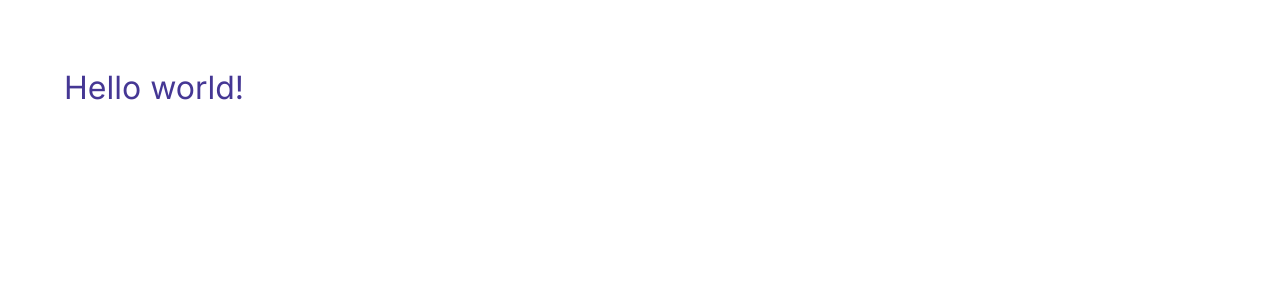
Repository: badhon252/Foodco
Page: index.html
An editor plug-in stored every save of this project. The page is shown before and after the next save, followed by the edit.
The browser window is 1280 px wide. The pictures show the whole page.
The style sheet was rebuilt from its Sass, Less or Tailwind sources for each picture, by a compiler version that may differ from the author's.

Above is the page before, as saved 2022-09-19 22:34:39.

After the next save:
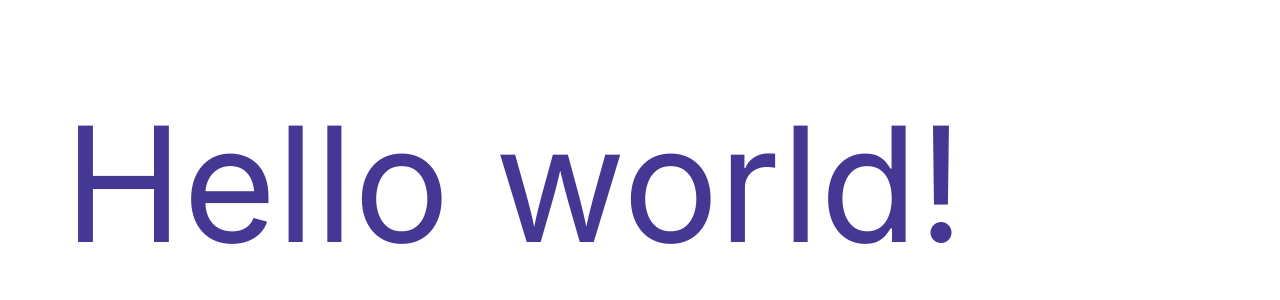
Saved 17 s later.
--- a/scss/style.scss
+++ b/scss/style.scss
@@ -237,6 +237,6 @@
 
 .hello-world {
   color: #453794;
-  font-size: 2rem;
+  font-size: 10rem;
   margin: 4rem;
 }
